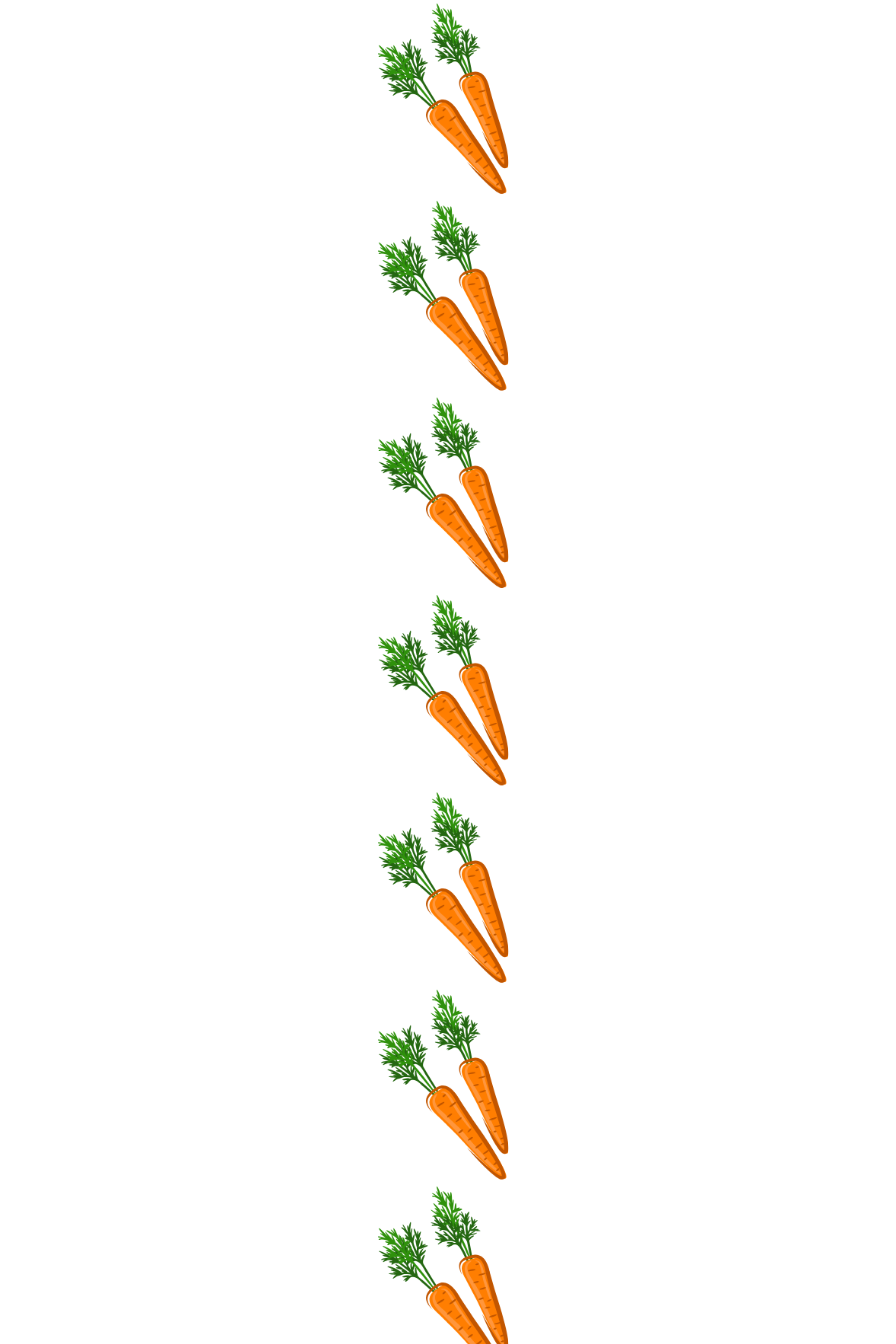
Repository: sephinejo/frontend-browser-101
Page: browser/practice-find-rabbit/index.html
The author's editor kept a copy of each file at every save. The page is drawn from the files as they stood at one save, then again after the next save.
The browser window is 1280 px wide. The pictures show the part of the page from y = 0 to 1920 px (the page is 3344 px tall), at 70% of full size.

Above is the page before, as saved 2023-05-10 21:09:15.

After the next save:
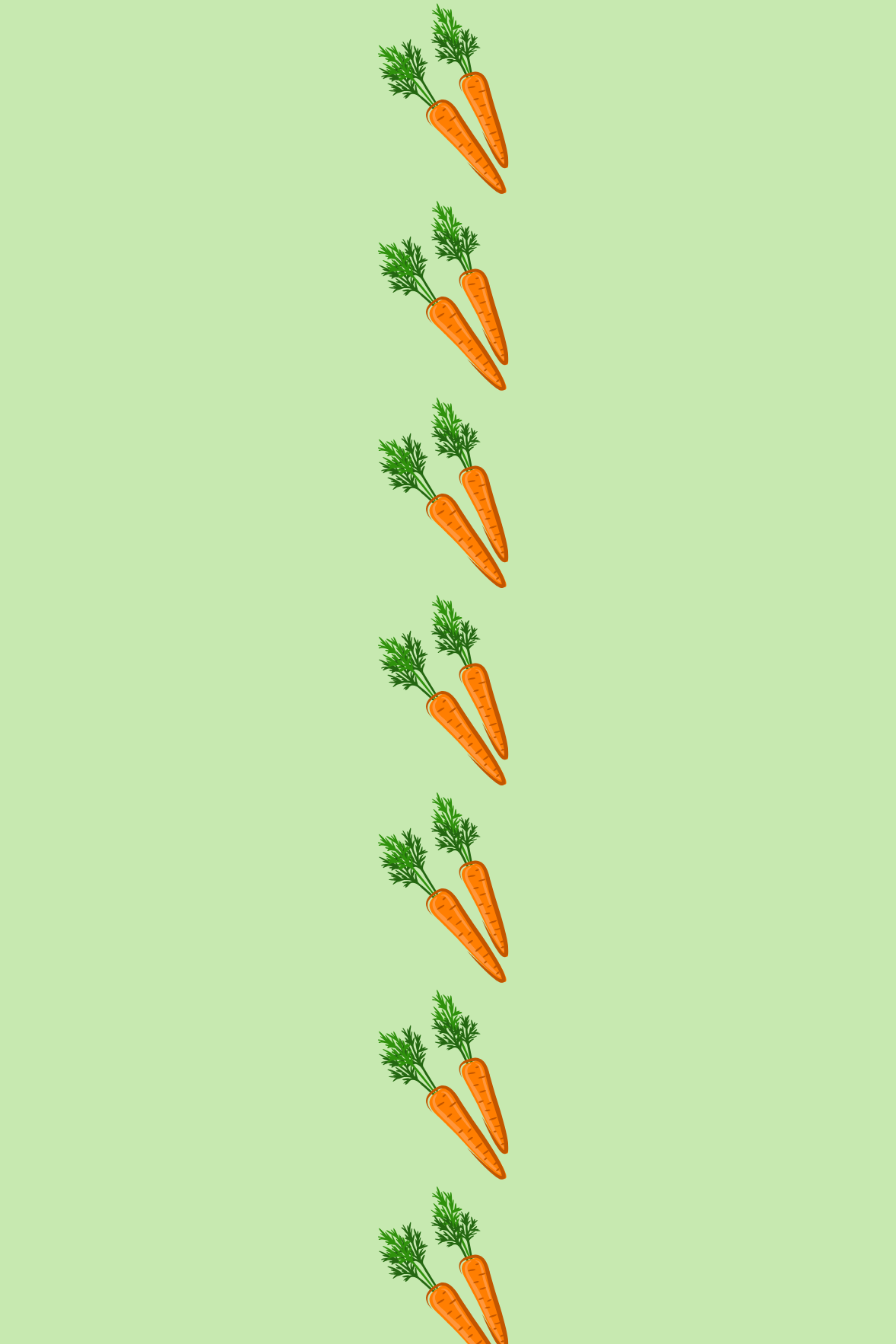
Saved 5 s later.
--- a/browser/practice-find-rabbit/index.html
+++ b/browser/practice-find-rabbit/index.html
@@ -10,7 +10,7 @@
         display: flex;
         flex-direction: column;
         align-items: center;
-        background-color: ;
+        background-color: #c7e9b0;
       }
       img {
         margin: 5px;
